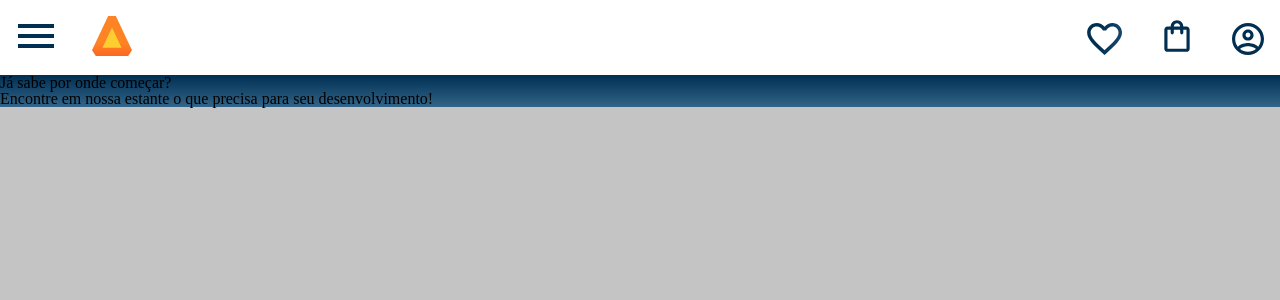
Repository: DamnDTX/projeto-mobile
Page: index.html
An editor plug-in stored every save of this project. The page is shown before and after the next save, followed by the edit.
The browser window is 1280 px wide. The pictures show the whole page.

Above is the page before, as saved 2023-07-27 22:48:26.

After the next save:
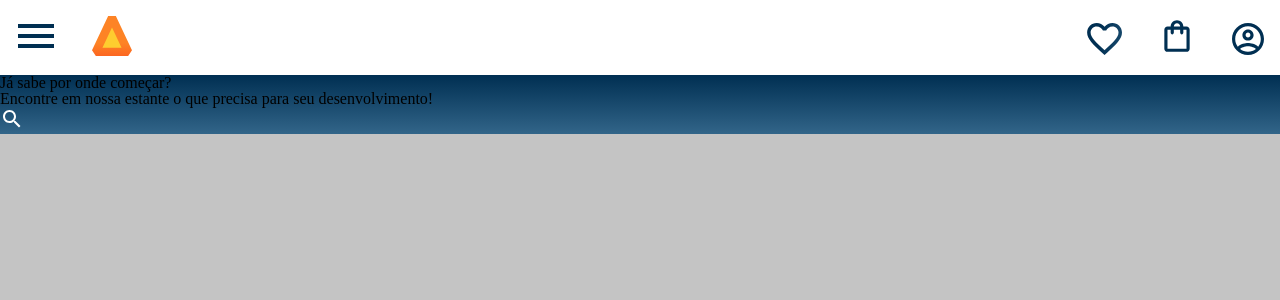
Saved 72 s later.
--- a/index.html
+++ b/index.html
@@ -64,6 +64,7 @@
     <p class="banner__apresentacao">
         Encontre em nossa estante o que precisa para seu desenvolvimento!
     </p>
+    <img src="./img/Pesquisa.svg">
    </section>
 </body>
 </html>
